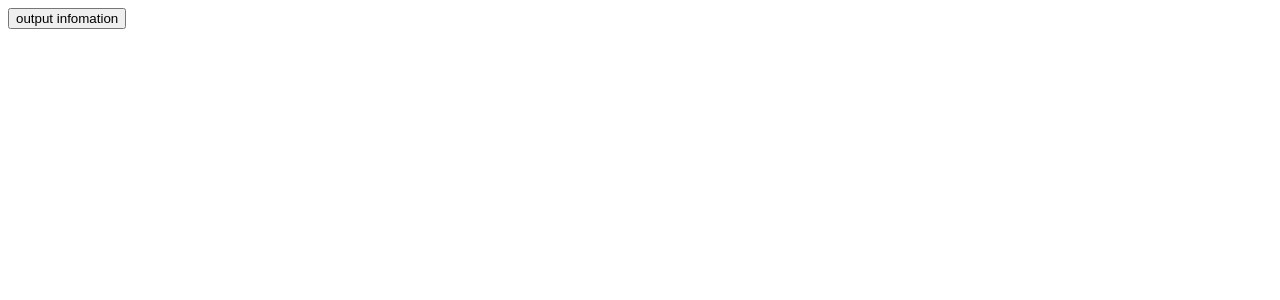
Repository: hunggtham/First-Jsp-and-Servlet-Project
Page: 0Helloworld2/src/main/webapp/index.html
These files come from the project's save history. The page is drawn as it stood at one moment and after the next save; the edit follows.
The browser window is 1280 px wide. The pictures show the whole page.

Above is the page before, as saved 2022-07-23 12:47:53.

### 0Helloworld2/src/main/webapp/index.html
<!DOCTYPE html>
<html>
<head>
<meta charset="UTF-8">
<title>DemoHTML</title>
</head>
<body>
	<!-- action will run into <sevlet mapping> in web.xml -> <sevlet> -->
	<form action="callSevlet" method="POST">

		<input type="submit" value="output infomation" />

	</form>
</body>
</html>

After the next save:
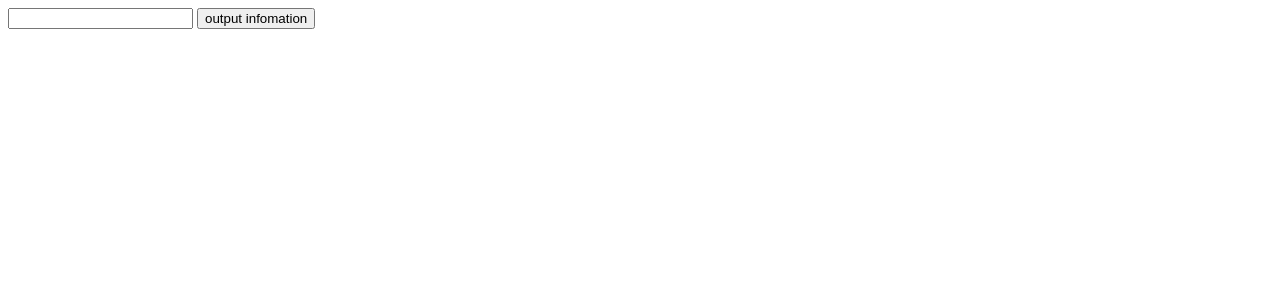
Saved 85 s later.
--- a/0Helloworld2/src/main/webapp/index.html
+++ b/0Helloworld2/src/main/webapp/index.html
@@ -6,10 +6,18 @@
 </head>
 <body>
 	<!-- action will run into <sevlet mapping> in web.xml -> <sevlet> -->
+	<!--
 	<form action="callSevlet" method="POST">
 
 		<input type="submit" value="output infomation" />
 
+	</form> -->
+
+	 <form action="Test" method="POST">
+		<input type = "text" name = "name"/>
+		<input type="submit" value="output infomation" />
+
 	</form>
+
 </body>
 </html>
